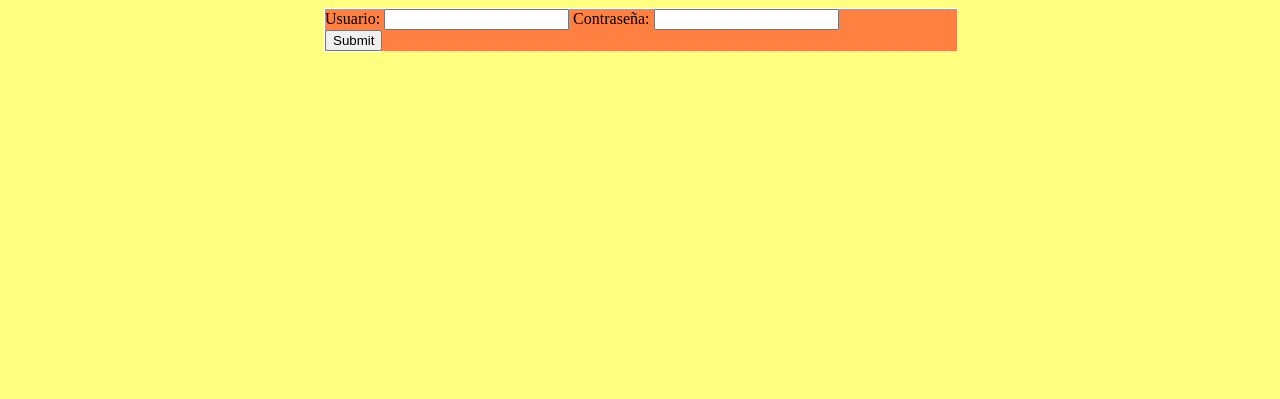
Repository: salvadorsobrino/Ejercicio5ServletJSP
Page: http://localhost/Ejercicio5/
An editor plug-in stored every save of this project. The page is shown before and after the next save, followed by the edit.
The browser window is 1280 px wide. The pictures show the whole page.
The page is served by Tomcat 9. Other server files are loaded and not shown.

Above is the page before, as saved 2022-03-11 09:30:24.

### Ejercicio5/src/main/webapp/index.html
<!DOCTYPE html>
<html>
<head>
<meta charset="UTF-8">
<link rel='stylesheet' type='text/css' media='screen' href='index.css'>
<title>Ejercicio5</title>
<link rel="icon" href="icono.png">
</head>
<body>
	<form id="formulario" action="Servlet" method="post">
	Usuario:
	<input type="text" name="usuario">
	Contraseña:
	<input type="password" name="contrasena">
	<br>
	<input type="submit">

	</form>
</body>
</html>

### Ejercicio5/src/main/webapp/index.css
/* Hoja de estilo index */
h1{
	 color: orange;
}
body{
	background-color: rgb(255, 255, 128);
    background-size: cover;
}
#formulario{
	background-color: rgb(255, 128, 64);
	border-style: solid;
	border-width: thin;
	border-color: white;
	width: 50%;
	margin-left: 25%;

}
a:link {
    /* Enlaces no visitados */
    color: rgb(255, 128, 64);
}

a:visited {
    /* Enlaces visitados */
    color: rgb(255, 128, 0);
}

a:hover, a:focus {
    color: rgb(153, 72, 6);
    /* El usuario esta sobre el enlace */
}

a:active {
    color: rgb(255, 94, 0);
    /* El usuario hace click en el enlace */
}

After the next save:
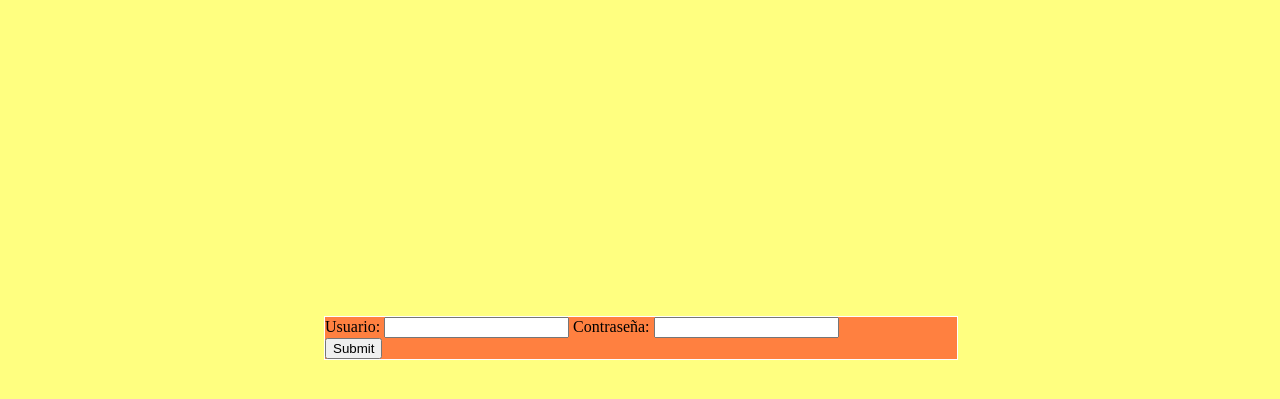
Saved 6 s later.
--- a/Ejercicio5/src/main/webapp/index.css
+++ b/Ejercicio5/src/main/webapp/index.css
@@ -12,7 +12,7 @@ body{
 	border-width: thin;
 	border-color: white;
 	width: 50%;
-	margin-left: 25%;
+	margin: 25%;
 
 }
 a:link {
